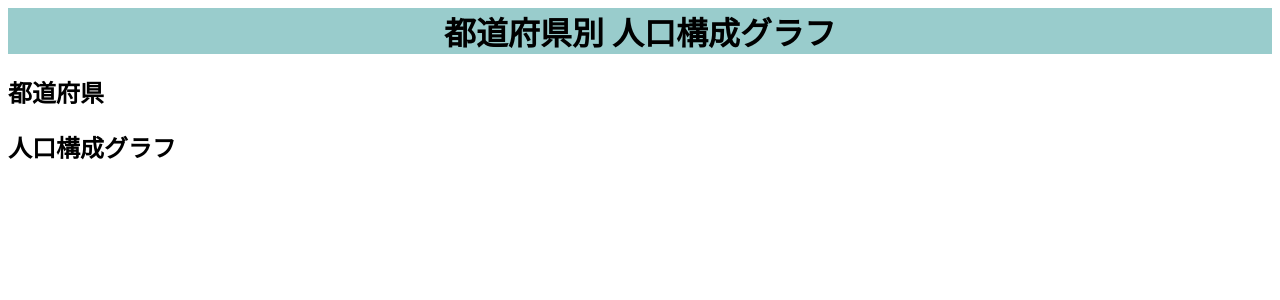
Repository: shisyamoCat/reqriutment-test
Page: /
An editor plug-in stored every save of this project. The page is shown before and after the next save, followed by the edit.
The browser window is 1280 px wide. The pictures show the whole page.
The page's requests for data from a server got no answer. The project was rebuilt for these pictures with package versions that can differ from the ones it lists, and the page was loaded fresh each time. No one was signed in, and anything a server would have sent is missing. Also part of the build but not shown: src/components/Pref.jsx.

Above is the page before, as saved 2022-07-07 11:36:59.

After the next save:
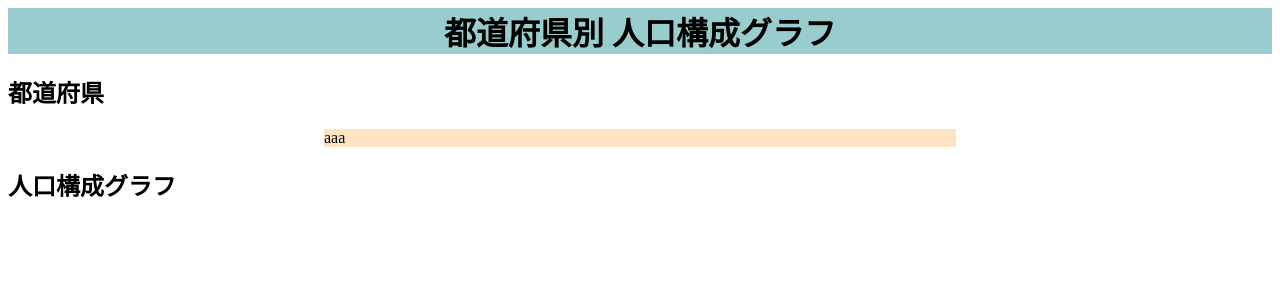
Saved 24 s later.
--- a/src/App.js
+++ b/src/App.js
@@ -72,6 +72,7 @@
 
                 {/* 都道府県別チェックボックス */}
                 <div className="pref-grid">
+                <p>aaa</p>
                     {pref.map((value,index) =>
                         <Pref
                             prefName={value.prefName}

After the save that followed:
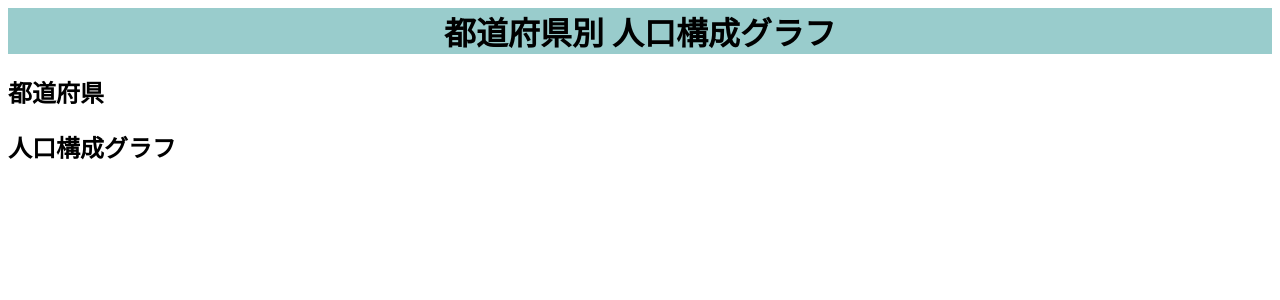
Saved 11 s later.
--- a/src/App.js
+++ b/src/App.js
@@ -72,7 +72,6 @@
 
                 {/* 都道府県別チェックボックス */}
                 <div className="pref-grid">
-                <p>aaa</p>
                     {pref.map((value,index) =>
                         <Pref
                             prefName={value.prefName}
